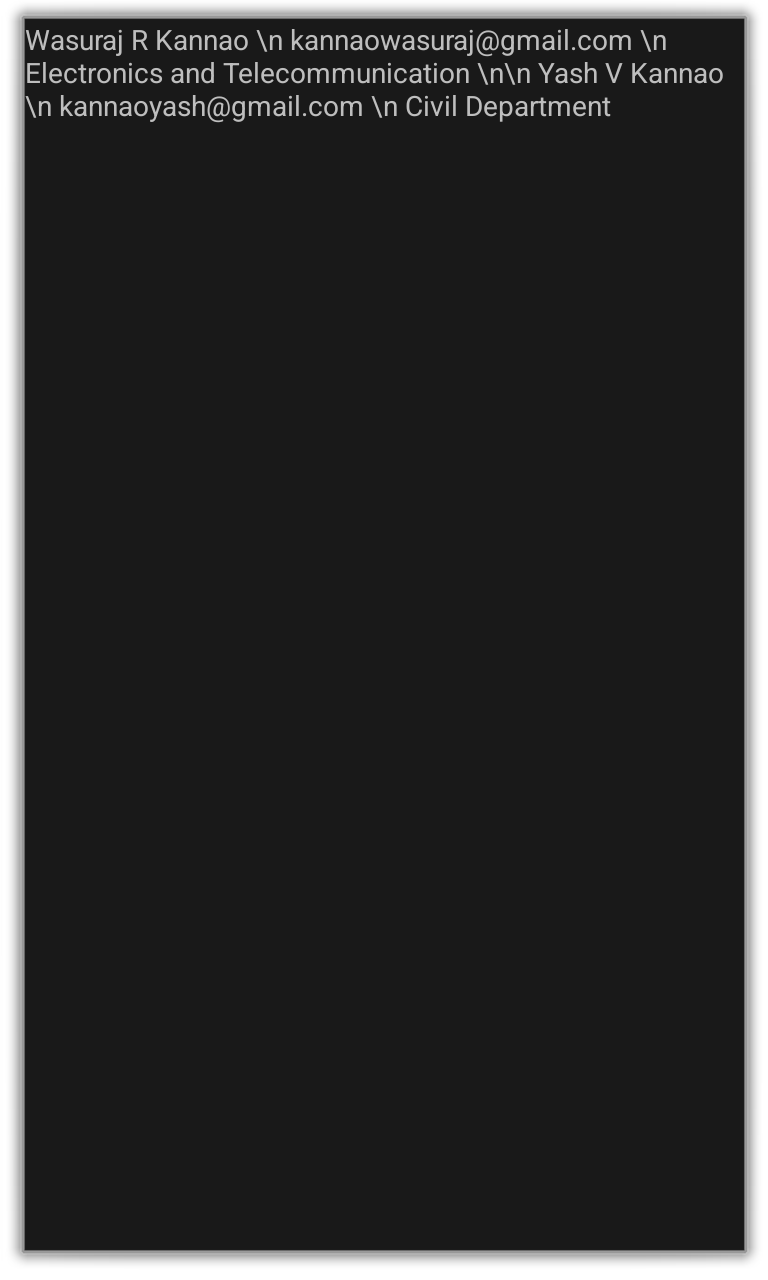
Repository: Attaphon1996/Engineering-Stuff
Layout: OSource/Android Play/Android_Projects/YASH15.0/res/layout/designer.xml
The author's editor kept a copy of each file at every save. The layout is drawn from the files as they stood at one save, then again after the next save.
It is drawn on a 768 x 1280 px phone screen (xhdpi) without system bars, with theme android:Theme.Dialog; the app's code is not run.

Above is the layout before, as saved 2015-02-10 11:04:17.

After the next save:
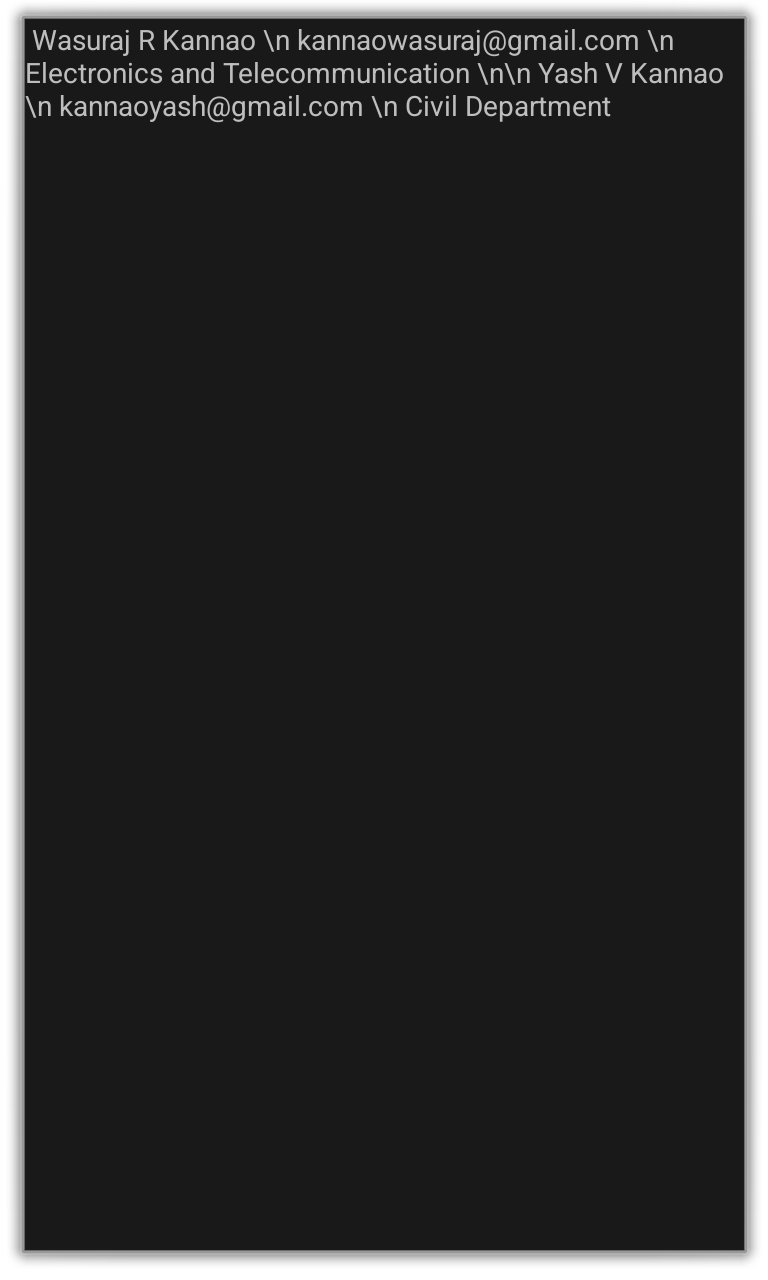
Saved 8 s later.
--- a/OSource/Android Play/Android_Projects/YASH15.0/res/layout/designer.xml
+++ b/OSource/Android Play/Android_Projects/YASH15.0/res/layout/designer.xml
@@ -9,7 +9,7 @@
         android:id="@+id/designer"
         android:layout_width="wrap_content"
         android:layout_height="wrap_content"
-        android:text="Wasuraj R Kannao \n kannaowasuraj@gmail.com \n Electronics and Telecommunication \n\n Yash V Kannao \n kannaoyash@gmail.com \n Civil Department"
+        android:text=" Wasuraj R Kannao \n kannaowasuraj@gmail.com \n Electronics and Telecommunication \n\n Yash V Kannao \n kannaoyash@gmail.com \n Civil Department"
         tools:ignore="HardcodedText" />
 
 </LinearLayout>
